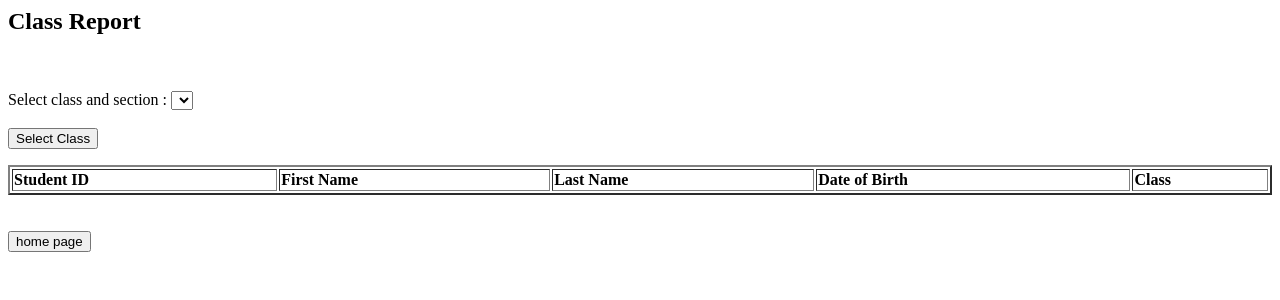
Repository: anithagnana123/Simplilearn_Phase2_project
Page: http://localhost/phase2-project/classreport.jsp
These files come from the project's save history. The page is drawn as it stood at one moment and after the next save; the edit follows.
The browser window is 1280 px wide. The pictures show the whole page.
The page is served by Tomcat 9. Queries for data that is not in the repository find no rows.

Above is the page before, as saved 2022-10-26 10:56:54.

After the next save:
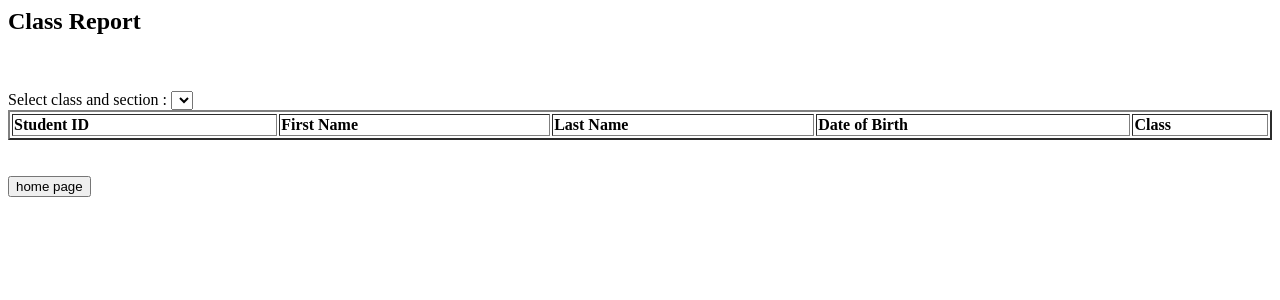
Saved 2 min 13 s later.
--- a/phase2-project/src/main/webapp/classreport.jsp
+++ b/phase2-project/src/main/webapp/classreport.jsp
@@ -19,8 +19,7 @@
 
 <br> <br>
 
-
-<form action="#"  method="get">
+<table>
 
     <sql:query var="rs" dataSource="${database}">
          SELECT * FROM class_info;
@@ -35,12 +34,8 @@
         </select>
     </tr>
 
-    <br> <br>
-    <tr>
-      <td><input type="submit" value="Select Class"/></td>
-    </tr>
 </table>
-</form>
+
 
     <sql:query var="rs" dataSource="${database}">
          SELECT * FROM student_info where class_sec = class_sec;
